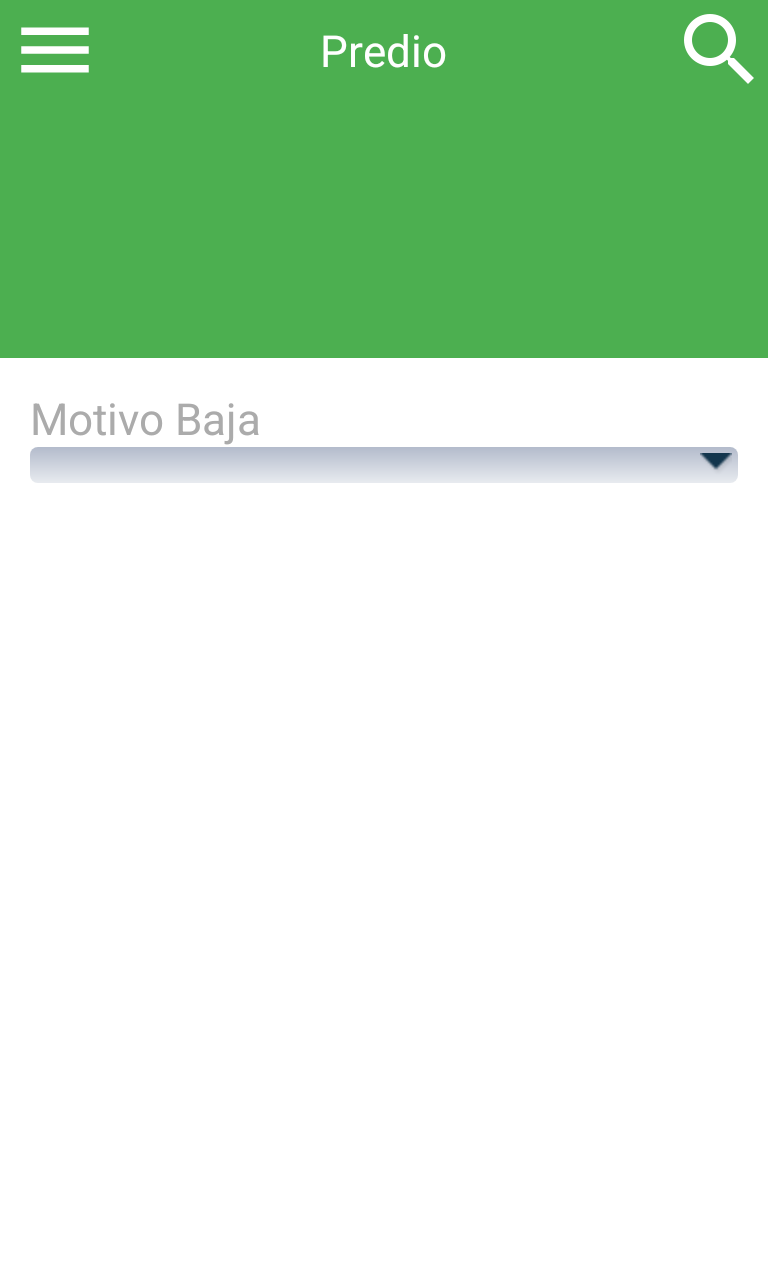
Repository: danielctf/Chilterra
Layout: Proyectos/Animales/res/layout/activity_baja_ganado.xml
The author's editor kept a copy of each file at every save. The layout is drawn from the files as they stood at one save, then again after the next save.
It is drawn on a 768 x 1280 px phone screen (xhdpi) without system bars, with theme AppTheme; the app's code is not run.

Above is the layout before, as saved 2015-10-09 16:25:28.

### Proyectos/Animales/res/layout/activity_baja_ganado.xml
<LinearLayout xmlns:android="http://schemas.android.com/apk/res/android"
    xmlns:tools="http://schemas.android.com/tools"
    android:id="@+id/LinearLayout1"
    android:layout_width="match_parent"
    android:layout_height="match_parent"
    android:orientation="vertical"
    tools:context="cl.a2r.animales.BajaGanado" >

    <RelativeLayout
        android:layout_width="match_parent"
        android:layout_height="50dp"
        android:background="@color/green" >

        <ImageButton
            android:id="@+id/menu"
            android:layout_width="wrap_content"
            android:layout_height="wrap_content"
            android:layout_alignParentLeft="true"
            android:layout_centerVertical="true"
            android:layout_marginLeft="5dp"
            android:background="@null"
            android:src="@drawable/ic_navigation_menu" />

        <TextView
            android:id="@+id/predio"
            android:layout_width="wrap_content"
            android:layout_height="wrap_content"
            android:layout_centerHorizontal="true"
            android:layout_centerVertical="true"
            android:text="Predio"
            android:textAppearance="?android:attr/textAppearanceLarge"
            android:textColor="@color/white" />

        <ImageView
            android:id="@+id/logs"
            android:layout_width="wrap_content"
            android:layout_height="wrap_content"
            android:layout_alignParentRight="true"
            android:layout_centerVertical="true"
            android:src="@drawable/ic_search_white_48dp" />
    </RelativeLayout>

    <RelativeLayout
        android:layout_width="match_parent"
        android:layout_height="wrap_content"
        android:background="@color/green"
        android:layout_weight="0.2" >

        <TextView
            android:id="@+id/despliegaDiio"
            android:layout_width="wrap_content"
            android:layout_height="wrap_content"
            android:layout_centerHorizontal="true"
            android:layout_centerVertical="true"
            android:text=""
            android:textAppearance="?android:attr/textAppearanceLarge" />

    </RelativeLayout>

    <RelativeLayout
        android:layout_width="match_parent"
        android:layout_height="wrap_content"
        android:layout_weight="0.8" >

        <TextView
            android:id="@+id/textView1"
            android:layout_width="wrap_content"
            android:layout_height="wrap_content"
            android:layout_alignParentLeft="true"
            android:layout_alignParentTop="true"
            android:layout_marginLeft="15dp"
            android:layout_marginTop="15dp"
            android:text="Motivo Baja"
            android:textColor="#ababab"
            android:textAppearance="?android:attr/textAppearanceLarge" />

        <Spinner
            android:id="@+id/motivoBaja"
            android:layout_width="match_parent"
            android:layout_height="wrap_content"
            android:layout_alignLeft="@+id/textView1"
            android:layout_marginRight="15dp"
            android:background="@drawable/shape_drop_down_normal"
            android:layout_below="@+id/textView1" />

    </RelativeLayout>

</LinearLayout>

### Proyectos/Animales/res/values/colors.xml
<?xml version="1.0" encoding="utf-8"?>
<resources>
    <color name="red">#ffff0000</color>
    <color name="darkred">#b22222</color>
    <color name="white">#ffffff</color>
    <color name="gris">#cccccc</color>
    <color name="green">#4caf50</color>
</resources>

### Proyectos/Animales/res/drawable/shape_drop_down_normal.xml
<?xml version="1.0" encoding="utf-8"?>
<layer-list xmlns:android="http://schemas.android.com/apk/res/android" >
<item>
    <shape>
    <gradient android:angle="90" android:endColor="#B3BBCC" android:startColor="#E8EBEF" android:type="linear" />



     <corners android:radius="4dp" />

     <padding android:bottom="3dp" android:left="3dp" android:right="3dp" android:top="3dp" />
    </shape>
</item>
<item>
    <bitmap
        android:gravity="end"
        android:src="@drawable/sm_tooltip_arrow" />
</item>
</layer-list>

Loaded but not shown: Proyectos/Animales/res/values/styles.xml (common file); Proyectos/Animales/res/values-v11/styles.xml (common file); Proyectos/Animales/res/values-v14/styles.xml (common file)

After the next save:
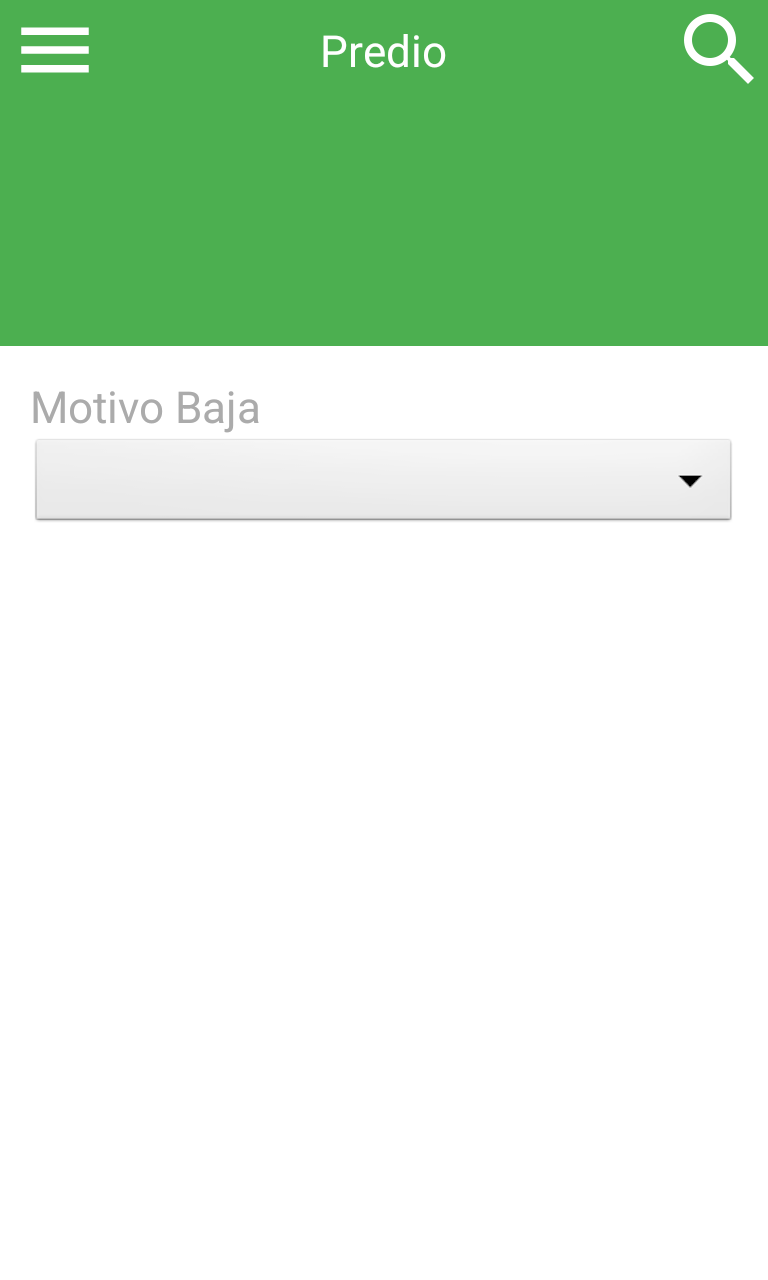
Saved 4 min 17 s later.
--- a/Proyectos/Animales/res/layout/activity_baja_ganado.xml
+++ b/Proyectos/Animales/res/layout/activity_baja_ganado.xml
@@ -80,7 +80,7 @@
             android:layout_height="wrap_content"
             android:layout_alignLeft="@+id/textView1"
             android:layout_marginRight="15dp"
-            android:background="@drawable/shape_drop_down_normal"
+            android:background="@android:drawable/btn_dropdown"
             android:layout_below="@+id/textView1" />
 
     </RelativeLayout>
